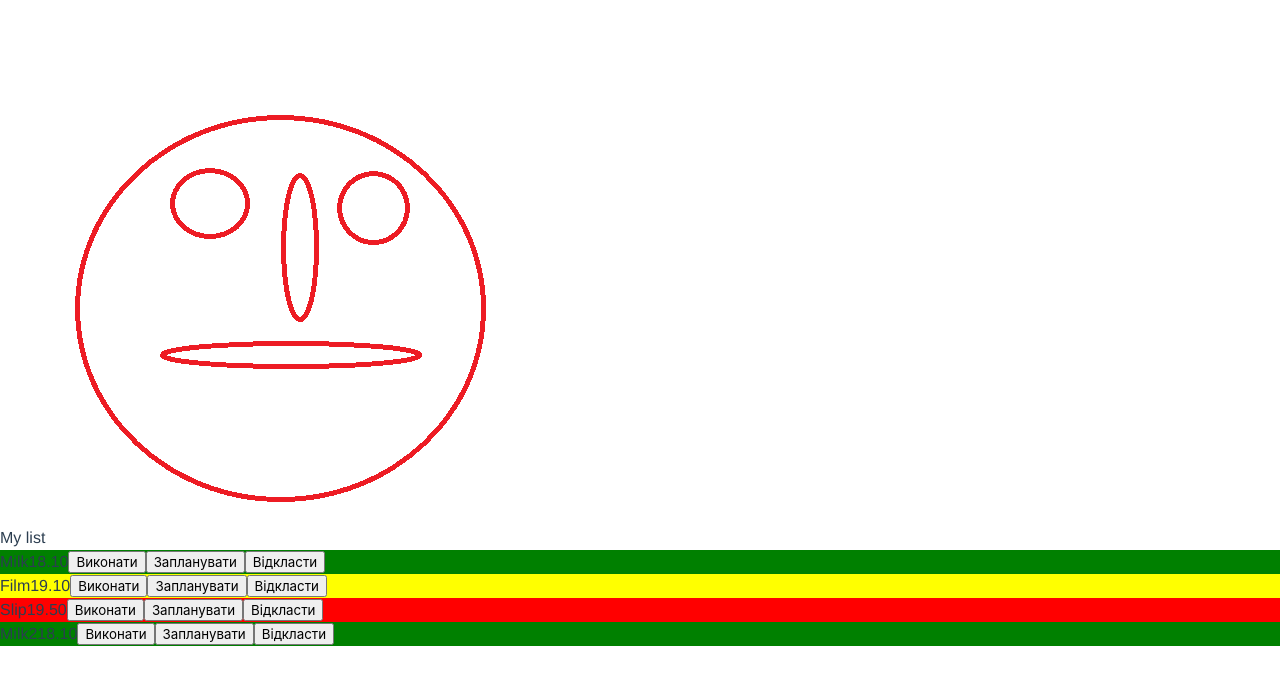
Repository: Olegche/sushi
Page: /
An editor plug-in stored every save of this project. The page is shown before and after the next save, followed by the edit.
The browser window is 1280 px wide. The pictures show the whole page.
The project was rebuilt for these pictures with package versions that can differ from the ones it lists, and the page was loaded fresh each time.

Above is the page before, as saved 2020-10-12 09:57:03.

After the next save:
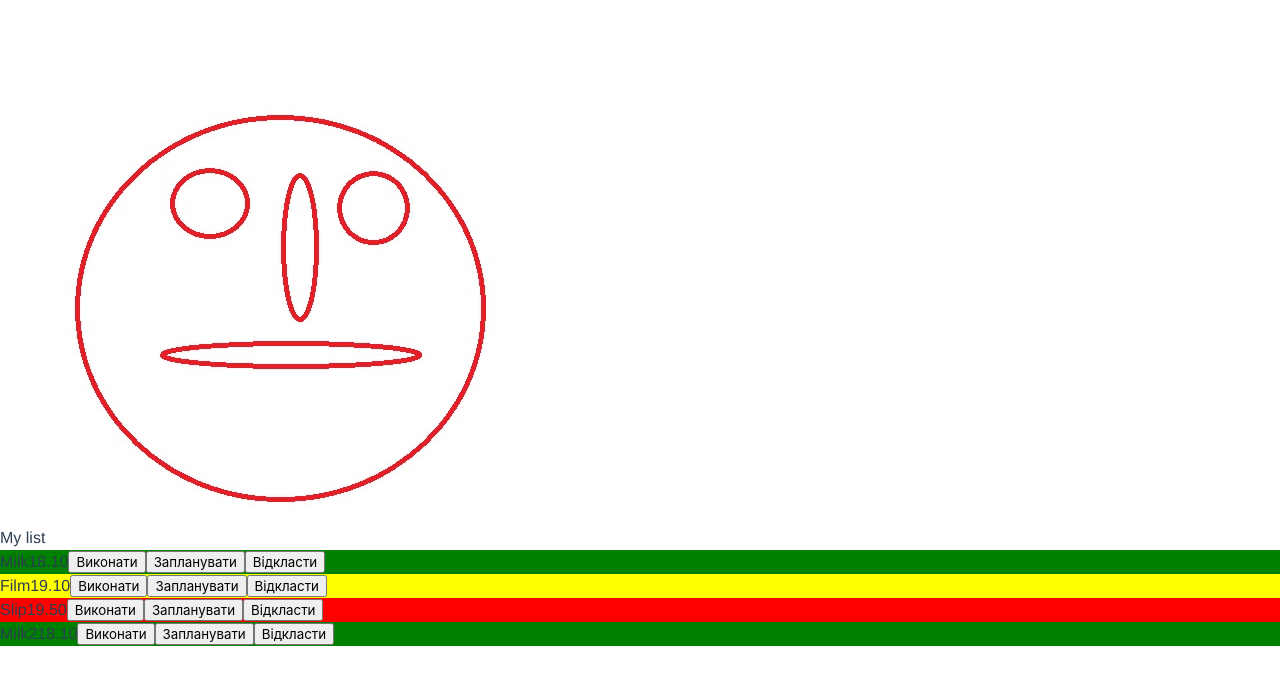
Saved 103 s later.
--- a/src/components/TodoList/index.vue
+++ b/src/components/TodoList/index.vue
@@ -34,7 +34,7 @@ import TodoItem from "./TodoItem";
             },
             imm:{
                 type:String,
-                default:require('@/assets/images/smile.bmp')
+                default:require('@/assets/images/smile.jpg')
             }
         },
 
